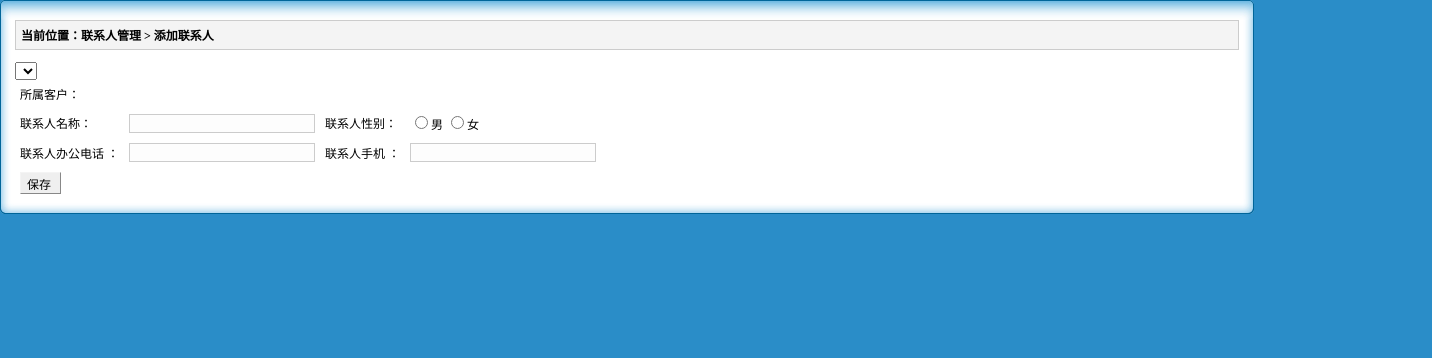
Repository: ChetWei/eclipse-workspace
Page: http://localhost/SSH_CRM/jsp/linkman/add.jsp
An editor plug-in stored every save of this project. The page is shown before and after the next save, followed by the edit.
The browser window is 1280 px wide. The page is 1280 px wide, then 1432 px, so the pictures cover 1432 px, including what lies to the right of the window. The pictures show the whole page.
The page is served by Tomcat 9. Nobody is signed in. The application's start-up code is not run.

Above is the page before, as saved 2018-08-25 02:52:49.

After the next save:
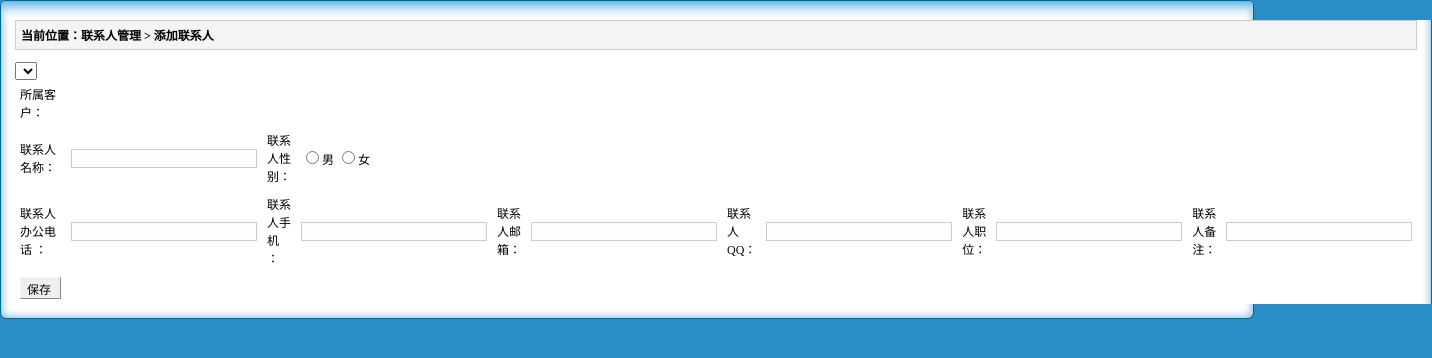
Saved 4 min 54 s later.
--- a/SSH_CRM/WebContent/jsp/linkman/add.jsp
+++ b/SSH_CRM/WebContent/jsp/linkman/add.jsp
@@ -5,32 +5,22 @@
 <head>
 <TITLE>添加联系人</TITLE>
 <meta http-equiv="Content-Type" content="text/html; charset=UTF-8">
-<LINK href="css/Style.css"
-	type=text/css rel=stylesheet>
-<LINK href="css/Manage.css"
-	type=text/css rel=stylesheet>
+<LINK href="css/Style.css" type=text/css rel=stylesheet>
+<LINK href="css/Manage.css" type=text/css rel=stylesheet>
 <script type="text/javascript" src="js/jquery-3.3.1.min.js"></script>
 
 <META content="MSHTML 6.00.2900.3492" name=GENERATOR>
 </HEAD>
 <BODY>
-	<FORM id=form1 name=form1
-		action="linkman_save.action"
-		method=post>
+	<FORM id=form1 name=form1 action="linkman_save.action" method=post>
 
 
 		<TABLE cellSpacing=0 cellPadding=0 width="98%" border=0>
 			<TBODY>
 				<TR>
-					<TD width=15><IMG
-						src="images/new_019.jpg"
-						border=0></TD>
-					<TD width="100%"
-						background="/images/new_020.jpg"
-						height=20></TD>
-					<TD width=15><IMG
-						src="images/new_021.jpg"
-						border=0></TD>
+					<TD width=15><IMG src="images/new_019.jpg" border=0></TD>
+					<TD width="100%" background="/images/new_020.jpg" height=20></TD>
+					<TD width=15><IMG src="images/new_021.jpg" border=0></TD>
 				</TR>
 			</TBODY>
 		</TABLE>
@@ -38,8 +28,7 @@
 			<TBODY>
 				<TR>
 					<TD width=15 background=images/new_022.jpg><IMG
-						src="images/new_022.jpg"
-						border=0></TD>
+						src="images/new_022.jpg" border=0></TD>
 					<TD vAlign=top width="100%" bgColor=#ffffff>
 						<TABLE cellSpacing=0 cellPadding=5 width="100%" border=0>
 							<TR>
@@ -62,48 +51,49 @@
 									maxLength=50 name="lkm_name"></td>
 								<td>联系人性别：</td>
 								<td><input type="radio" value="1" name="lkm_gender">男
-									<input type="radio" value="2" name="lkm_gender">女
-								</td>
+									<input type="radio" value="2" name="lkm_gender">女</td>
 							</TR>
 							<TR>
 								<td>联系人办公电话 ：</td>
 								<td><INPUT class=textbox id=sChannel2 style="WIDTH: 180px"
-									maxLength=50 name="lkm_phone">
-								</td>
+									maxLength=50 name="lkm_phone"></td>
 								<td>联系人手机 ：</td>
 								<td><INPUT class=textbox id=sChannel2 style="WIDTH: 180px"
-									maxLength=50 name="lkm_mobile">
-								</td>
+									maxLength=50 name="lkm_mobile"></td>
+								<td>联系人邮箱：</td>
+								<td><INPUT class=textbox id=sChannel2 style="WIDTH: 180px"
+									maxLength=50 name="lkm_name"></td>
+								<td>联系人QQ：</td>
+								<td><INPUT class=textbox id=sChannel2 style="WIDTH: 180px"
+									maxLength=50 name="lkm_name"></td>
+								<td>联系人职位：</td>
+								<td><INPUT class=textbox id=sChannel2 style="WIDTH: 180px"
+									maxLength=50 name="lkm_name"></td>
+								<td>联系人备注：</td>
+								<td><INPUT class=textbox id=sChannel2 style="WIDTH: 180px"
+									maxLength=50 name="lkm_name"></td>
+
 							</TR>
 							<tr>
 								<td rowspan=2><INPUT class=button id=sButton2 type=submit
-									value="保存 " name=sButton2>
-								</td>
+									value="保存 " name=sButton2></td>
 							</tr>
 						</TABLE>
 
 
 					</TD>
-					<TD width=15
-						background="images/new_023.jpg">
-						<IMG src="images/new_023.jpg"
-						border=0>
-					</TD>
+					<TD width=15 background="images/new_023.jpg"><IMG
+						src="images/new_023.jpg" border=0></TD>
 				</TR>
 			</TBODY>
 		</TABLE>
 		<TABLE cellSpacing=0 cellPadding=0 width="98%" border=0>
 			<TBODY>
 				<TR>
-					<TD width=15><IMG
-						src="images/new_024.jpg"
-						border=0></TD>
-					<TD align=middle width="100%"
-						background="images/new_025.jpg"
+					<TD width=15><IMG src="images/new_024.jpg" border=0></TD>
+					<TD align=middle width="100%" background="images/new_025.jpg"
 						height=15></TD>
-					<TD width=15><IMG
-						src="images/new_026.jpg"
-						border=0></TD>
+					<TD width=15><IMG src="images/new_026.jpg" border=0></TD>
 				</TR>
 			</TBODY>
 		</TABLE>
